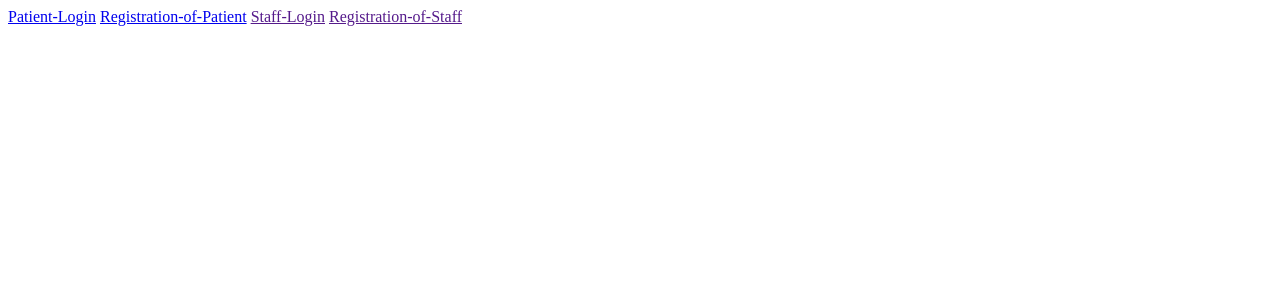
Repository: anujsoni10001/JSP-Servlet
Page: FinalProject/minor - Copy/Minor/WebContent/homepage.html
An editor plug-in stored every save of this project. The page is shown before and after the next save, followed by the edit.
The browser window is 1280 px wide. The pictures show the whole page.

Above is the page before, as saved 2019-03-23 02:45:51.

After the next save:
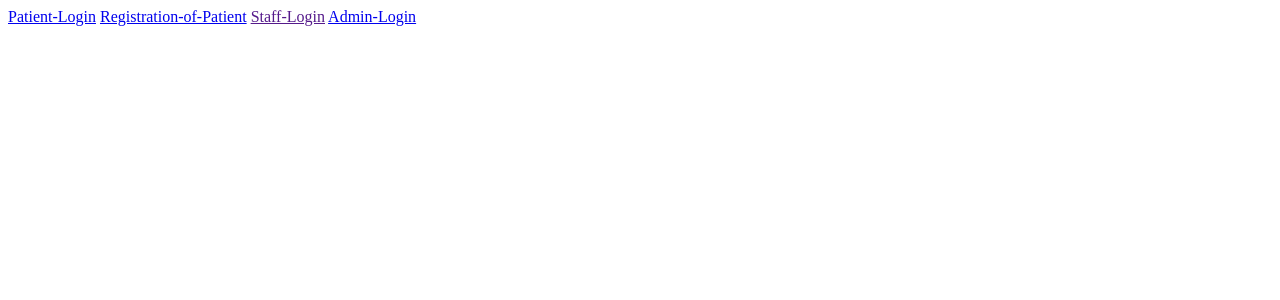
Saved 14 min 21 s later.
--- a/FinalProject/minor - Copy/Minor/WebContent/homepage.html
+++ b/FinalProject/minor - Copy/Minor/WebContent/homepage.html
@@ -8,6 +8,6 @@
 <a href="Login.html">Patient-Login</a>
 <a href="register.html">Registration-of-Patient</a>
 <a href="">Staff-Login</a>
-<a href="">Registration-of-Staff</a>
+<a href="adminlogin">Admin-Login</a>
 </body>
 </html>
